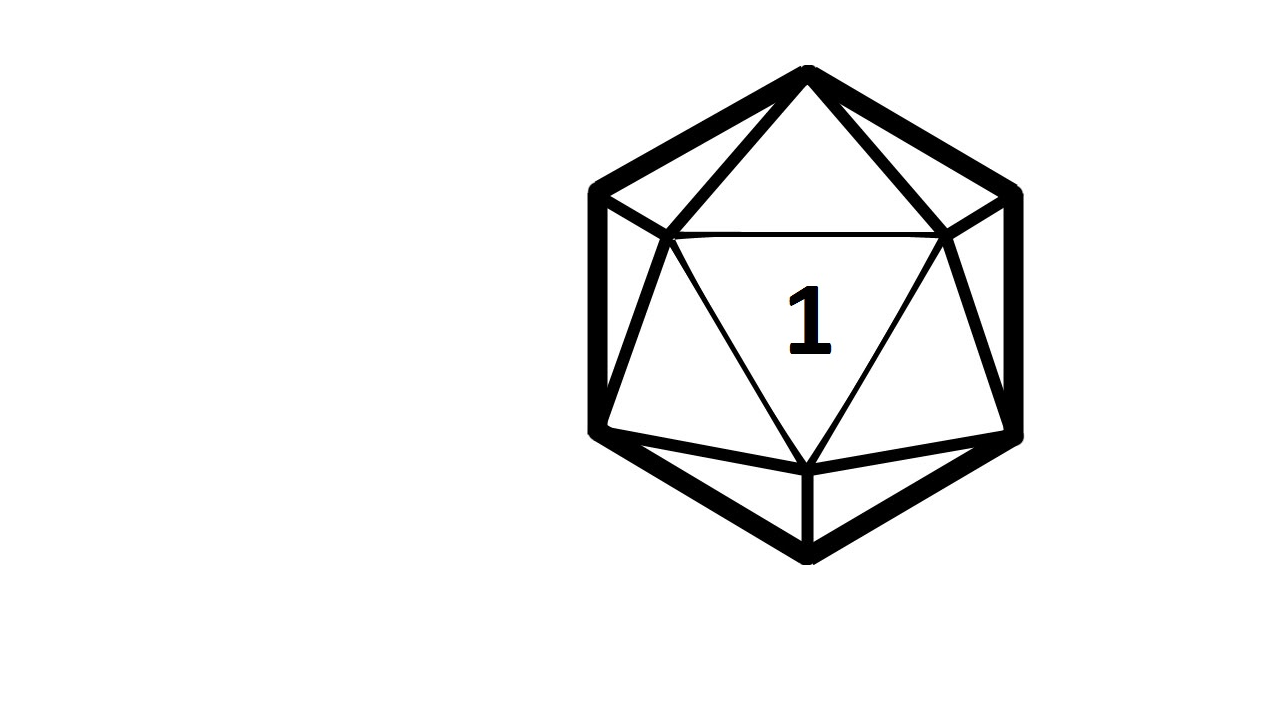
Repository: ttiede/F21
Page: fj-21-agenda/WebContent/404.html
The author's editor kept a copy of each file at every save. The page is drawn from the files as they stood at one save, then again after the next save.
The browser window is 1280 px wide. The pictures show the whole page.
Some web libraries are served in a nearby version.

Above is the page before, as saved 2017-11-18 13:26:29.

### fj-21-agenda/WebContent/404.html
<html lang="en">
<head>
<meta charset="utf-8">
<meta http-equiv="X-UA-Compatible" content="IE=edge">
<meta name="viewport" content="width=device-width, initial-scale=1">
<title>Horizontal Nav & Subnav for Bootstrap</title>
<link
	href="https://cdnjs.cloudflare.com/ajax/libs/twitter-bootstrap/3.3.7/css/bootstrap.min.css"
	rel="stylesheet">
<link
	href="https://getbootstrap.com/assets/css/ie10-viewport-bug-workaround.css"
	rel="stylesheet">
<!-- HTML5 shim and Respond.js for IE8 support of HTML5 elements and media queries -->
<!--[if lt IE 9]>
      <script src="https://oss.maxcdn.com/html5shiv/3.7.3/html5shiv.min.js"></script>
      <script src="https://oss.maxcdn.com/respond/1.4.2/respond.min.js"></script>
    <![endif]-->
</head>
<body>

	<div class="container" style="margin-top: 65px;">
		<div class="row">
			<div class="col-md-2 col-md-offset-5">
				<img src="./assets/img/error.jpg" />
			</div>
		</div>
	</div>
	<script
		src="https://cdnjs.cloudflare.com/ajax/libs/jquery/3.1.0/jquery.min.js"></script>
	<script
		src="https://cdnjs.cloudflare.com/ajax/libs/twitter-bootstrap/3.3.7/js/bootstrap.min.js"
		type="text/javascript"></script>
</body>
</html>

After the next save:
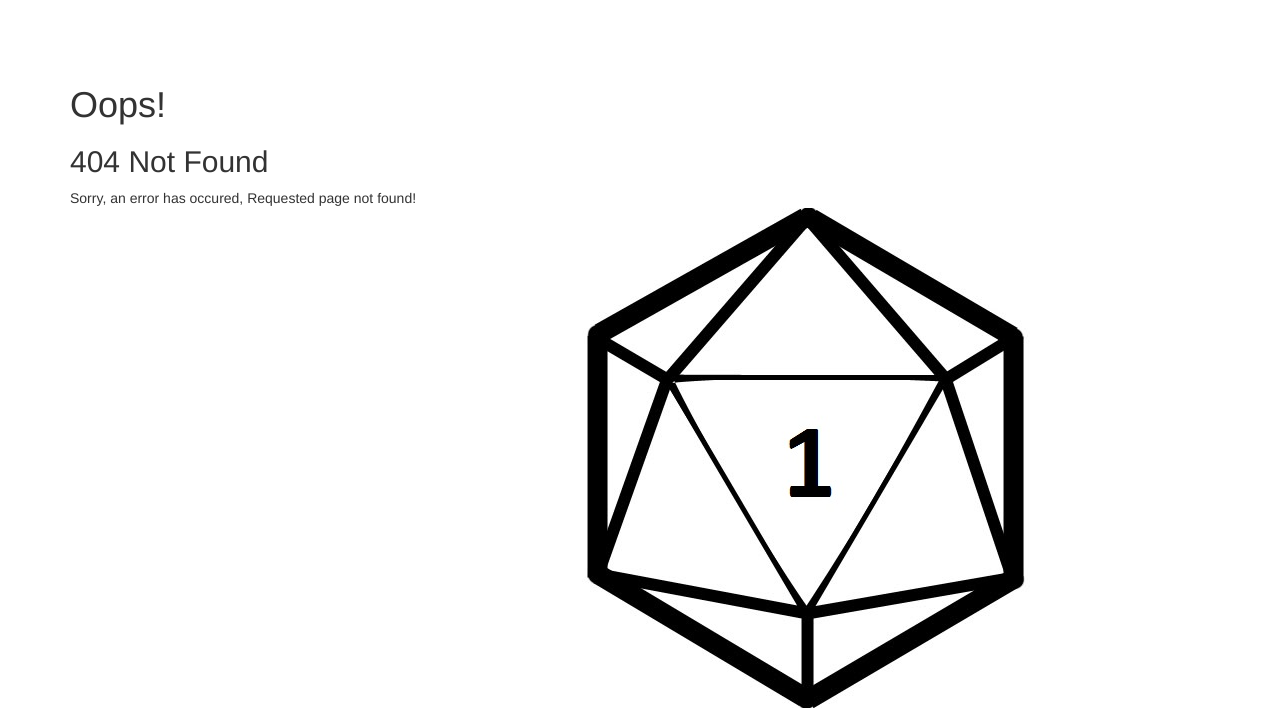
Saved 62 s later.
--- a/fj-21-agenda/WebContent/404.html
+++ b/fj-21-agenda/WebContent/404.html
@@ -19,9 +19,15 @@
 <body>
 
 	<div class="container" style="margin-top: 65px;">
-		<div class="row">
-			<div class="col-md-2 col-md-offset-5">
-				<img src="./assets/img/error.jpg" />
+		<h1>Oops!</h1>
+		<h2>404 Not Found</h2>
+		<div class="error-details">Sorry, an error has occured,
+			Requested page not found!</div>
+		<div class="error-actions">
+			<div class="row">
+				<div class="col-md-2 col-md-offset-5">
+					<img src="./assets/img/error.jpg" />
+				</div>
 			</div>
 		</div>
 	</div>
